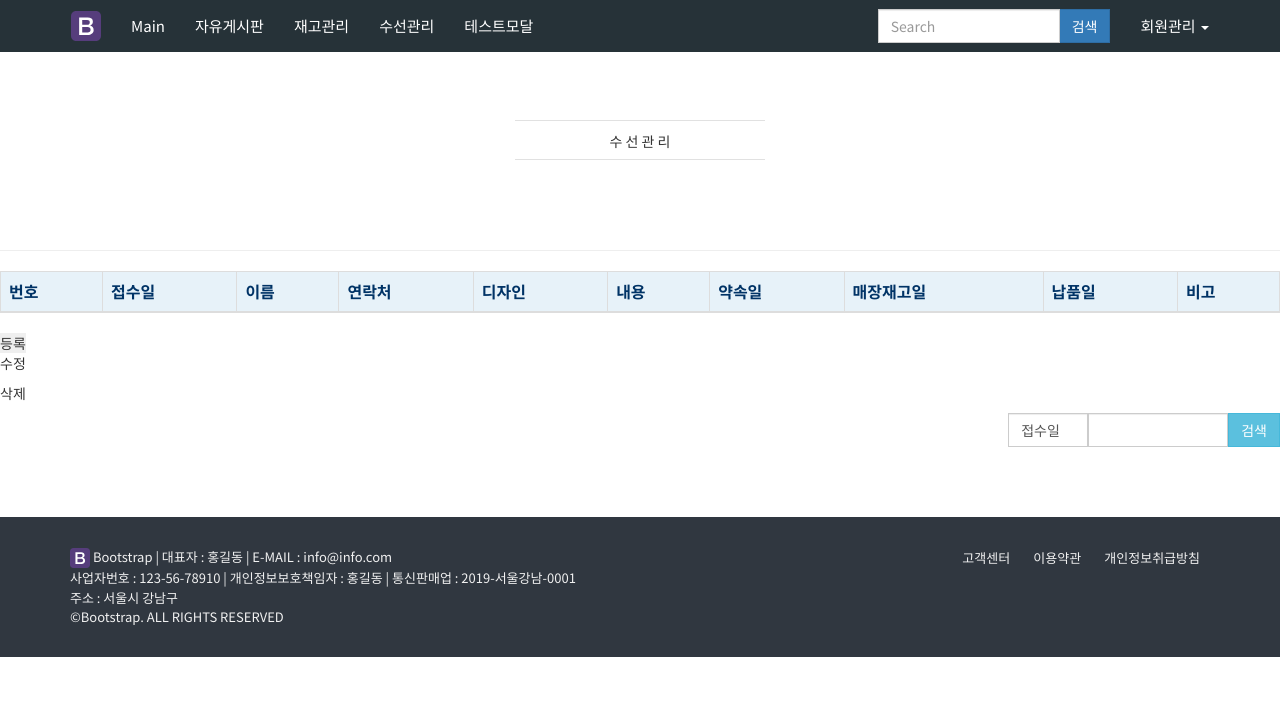
Repository: RattenLegs/Project_Inventory
Page: http://localhost/Project_Inventory/WEB-INF/views/repairboard/repairList.jsp
The author's editor kept a copy of each file at every save. The page is drawn from the files as they stood at one save, then again after the next save.
The browser window is 1280 px wide. The pictures show the whole page.
Some web libraries are served in a nearby version. The page is served by Tomcat 9. Nobody is signed in. The template is opened directly, without the code that normally fills it, so the values that code supplies are empty.

Above is the page before, as saved 2023-02-11 14:02:32.

After the next save:
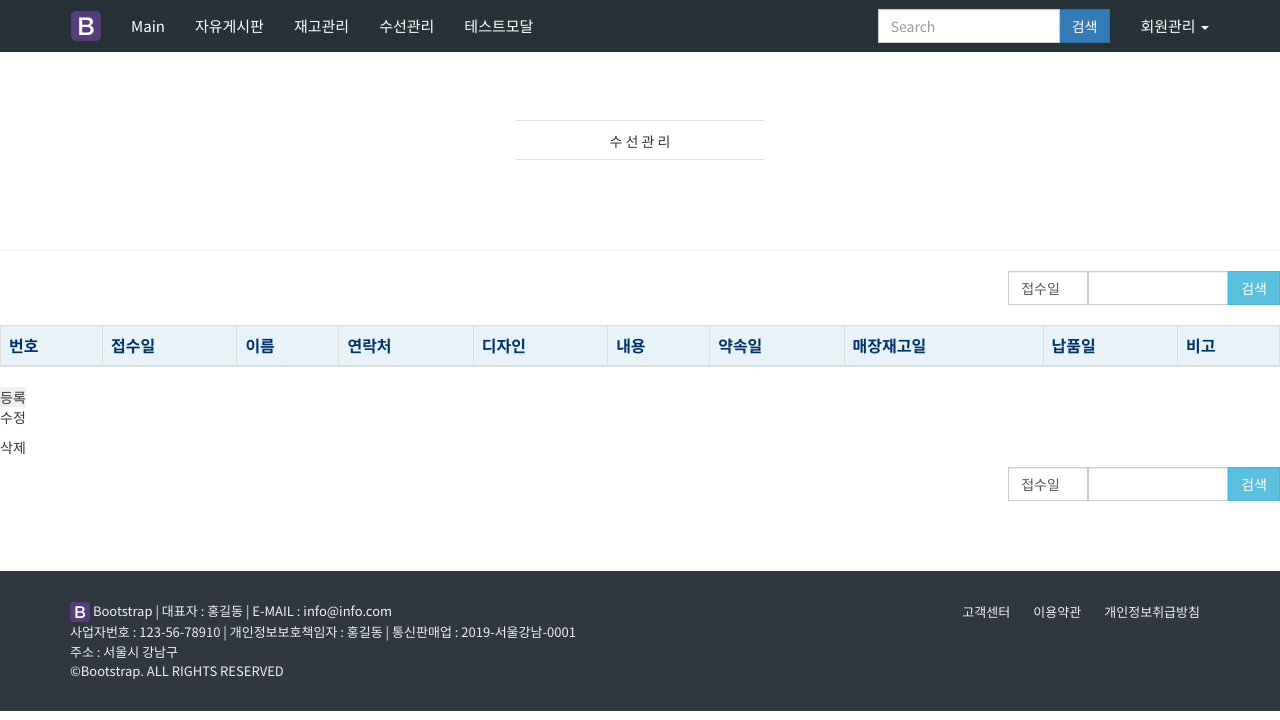
Saved 23 s later.
--- a/Project_Inventory/src/main/webapp/WEB-INF/views/repairboard/repairList.jsp
+++ b/Project_Inventory/src/main/webapp/WEB-INF/views/repairboard/repairList.jsp
@@ -28,6 +28,8 @@
 			</div>
 		</div>
 		<hr>
+
+	<%@ include file="../../views/repairboard/repairSearchForm.jsp"%>
 
 		<div>
 			<table class="table table-bordered">
